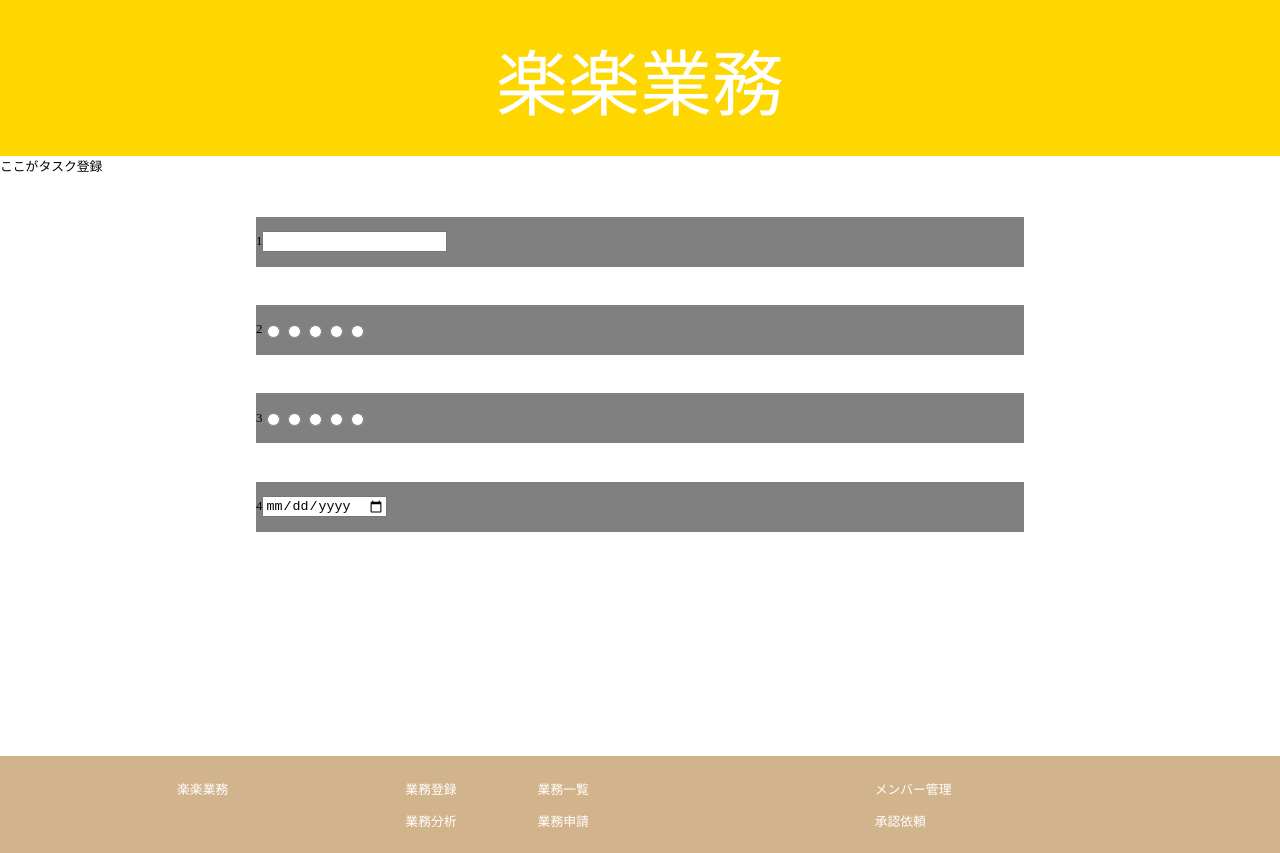
Repository: Reiya-1003/VueReplaceTask
Page: /#/register
These files come from the project's save history. The page is drawn as it stood at one moment and after the next save; the edit follows.
The browser window is 1280 px wide. The pictures show the whole page.
The project was rebuilt for these pictures with package versions that can differ from the ones it lists, and the page was loaded fresh each time. Also part of the build but not shown: vue.config.js, src/components/pages/PageHome.vue.

Above is the page before, as saved 2022-06-16 15:33:56.

After the next save:
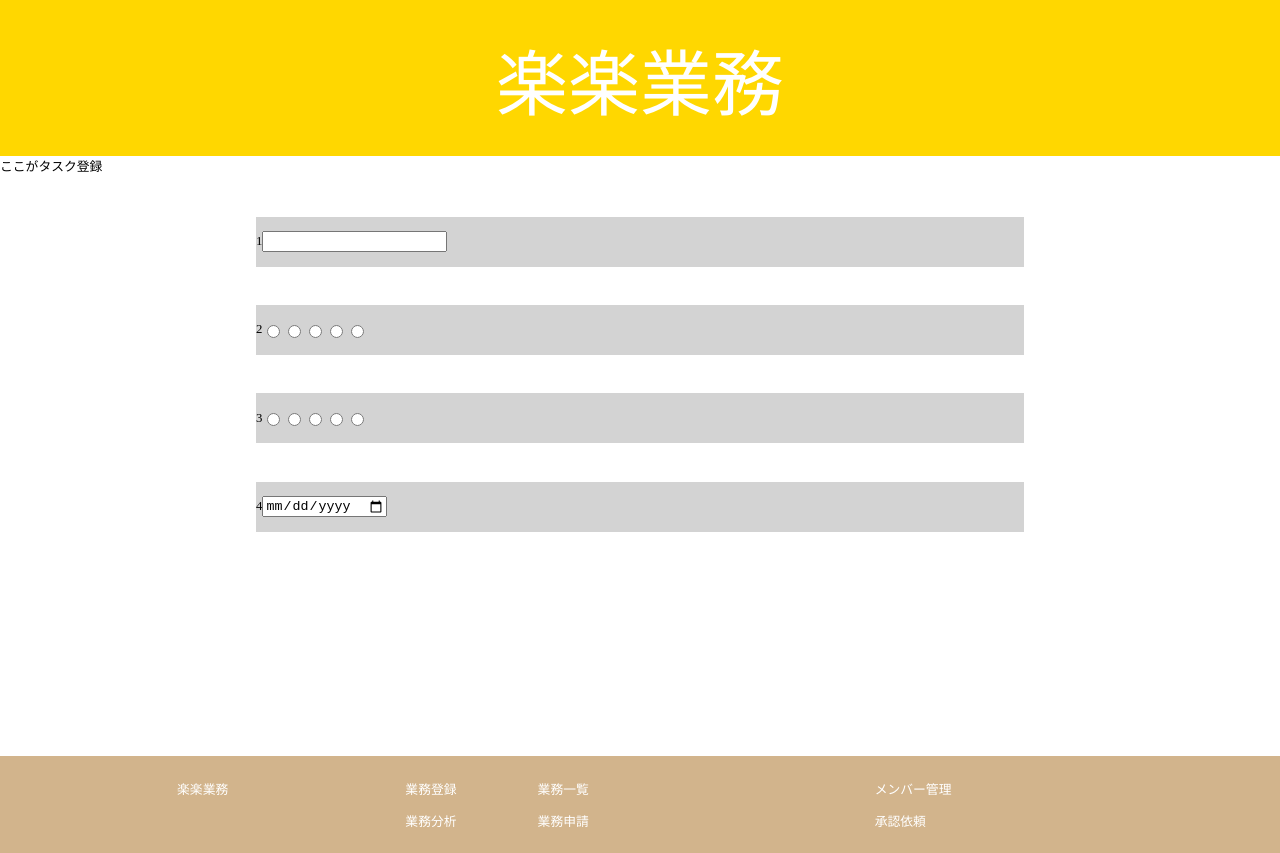
Saved 14 s later.
--- a/src/components/pages/PageRegister.vue
+++ b/src/components/pages/PageRegister.vue
@@ -31,7 +31,7 @@ export default {
    display: flex;
    align-items: center;
    margin-top: 5%;
-   background-color:grey;
+   background-color:lightgray;
   }
 
 
